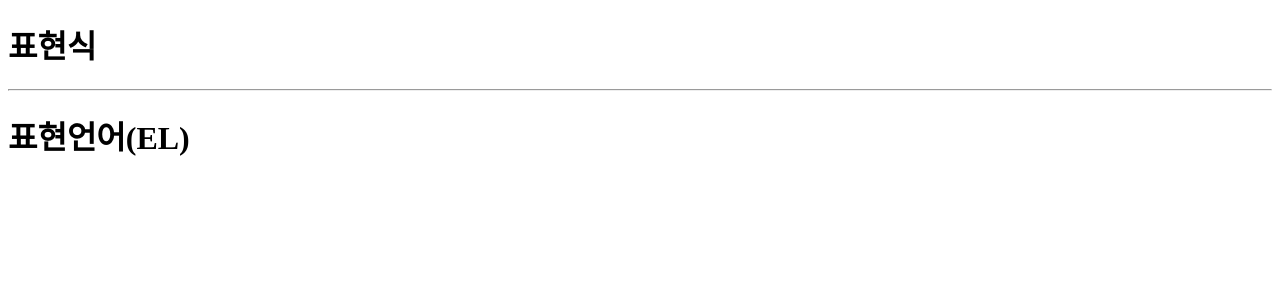
Repository: yeobleeme/06_jsp_basic
Page: http://localhost/jsp01_basic/jsp10_el/jsp01_use_el.jsp
The author's editor kept a copy of each file at every save. The page is drawn from the files as they stood at one save, then again after the next save.
The browser window is 1280 px wide. The pictures show the whole page.
The page is served by Tomcat 9. Other server files are loaded and not shown.

Above is the page before, as saved 2023-05-12 06:17:03.

### jsp01_basic/WebContent/jsp10_el/jsp01_use_el.jsp
<%@page language="java" contentType="text/html; charset=UTF-8" pageEncoding="UTF-8"%>
<!--
	EL: Expression Language, 표현언어

	표현언어는 다른 형태의 스크립트 언어로서 스크립트 요소 중 하나이다.
	표현언어는 표현식 보다 간결하고 코딩하기가 편하기 때문에 많이 사용한다.

	EL은 JSTL(JSP Standard Tag Library) 규약에 나오는 내용으로서 JSP2.0부터 EL이 JSTL에
	포함되었고, EL은 값을 표현하는데 사용하는 언어로 JSP의 스크립트 요소를 보완하는 역할을 한다.

	EL이 제공하는 기능

	1. JSP 4가지 기본객체(application, session, request, page)가 제공하는 영역의 속성
	2. 수치연산, 관계연산, 논리연산자를 제공
	3. Java클래스의 method 호출 가능
	4. cookie, 기본객체의 속성 등 JSP를 위한 표현언어의 기본객체를 제공
	5. 람다식을 사용한 함수의 정의와 실행(EL3.0)
	6. Stream API를 통한 컬렉션 처리(EL3.0)
	7. 정적메서드 실행가능(EL3.0)


	A. EL의 구성

	  EL은 '$ {expression}' 의 형태로 사용할 수 있다. EL은 JSP의 스크립트 요소(스크립트릿, 표현식, 선언부)를
	  제외한 나머지 부분에서 사용할 수 있다. JSP2.1버전 부터는 '$ {}' 형식과 '# {}' 형식의 구분을 지원하고 있는데
	  차이점은 EL의 값을 언제 생성하느냐에 차이가 있다. '$ {}' 는 구분을 분석할 때 바로 값을 계산하지만
	  '# {}' 는 실제로 값이 사용될 때 계산이 된다.


	B. EL의 데이터타입

	  1. boolean : 논리타입
	  2. 정수 : EL에서 사용되는 정수타입은 java.lang.long 타입이다.
	  3. 실수 : EL에서 사용되는 실수타입은 java.lang.double타입이다.
	  4. 문자열 : EL에서 문자열은 대부분 사용 가능하지만 작은/큰 따옴표, \문자들은 이스케이프문자로 사용
	  5. null : null;


	C. EL의 기본객체

	  1. pageContext : JSP의 page 내장객체와 동일
	  2. pageScope : pageContext객체에 저장된 속성으로 Map<속성, 값> 형태의 객체
	  3. requestScope : reuest객체에 저장된 속성으로 Map<속성, 값> 형태의 객체
	  4. sessionScope : session객체에 저장된 속성으로 Map<속성, 값> 형태의 객체
	  5. applicationScope : application객체에 저장된 속성으로 Map<속성, 값> 형태의 객체
	  6. param : request.getParameter()와 동일 기능, 요청 파라미터의 Map<속성, 값> 형태의 객체
	  7. paramVAlues : requestgetParameterValues()와 동일 기능, 요청 파라미터의 Map<속성, 값> 형태의 객체
	  8. header : request.getHeader()와 동일 기능, 요청 파라미터의 Map<속성, 값> 형태의 객체
	  9. headerValues : request.getHeaderValues()와 동일 기능, 요청 파라미터의 Map<속성, 값> 형태의 객체
	 10. cookie : Cookie<쿠키명, Cookie>의 Map객체, request.getCookies()메서드와 동일
	 11. initParam : 초기화파라미터 <이름, 값>의 Map객체, application.getInitParameter()메서드와 동일


	D. 객체의 사용

	  EL언어는 객체에 저장된 값에 접근할 때 "dot연산자(.)" or "대괄호[]"를 사용한다.
	  <표현>.<값> or <표현>[표현] 형식으로 접근하는데 접근과정은 다음과 같은 순서로 반환된다.

	  1. <표현>은 <값>의 형태로 반환
	  2. <값1>이 null일 경우 null값을 반환
	  3. <값>이 null이 아닐 경우 <표현2>의 <값2>를 반환
	  4. <값1>이 Map, List, Array일 경우
	     a. Map : <값1>.containsKey(<값2>)이 false라면 null값을, true라면 <값1>.get(<값2>)를 리턴
	     b. List, Array : <값2>가 정수값인지 여부를 검사(정수가 아니면 에러발생) 후 <값1>.<값2> 또는
	                      Arrays.get(<값1>, <값2>)의 결과를 리턴


	E. EL의 연산자

	  1. 수치연산자 : + - * / %
	                  Java와 차이점
	                  $ {"10" + 1} 의 결과는 11 (Java는 "101")
	                  $ {"10a" + 1} 의 결과는 에러 발생 (Java는 "10a1")
	                  $ {null + 1} 의 결과는 1 (Java는 에러발생)

	  2. 비교연산자 : == != < > <= >=
	  3. 논리연산자 : && || !
	  4. empty연산자 : empty<값>의 형태로 사용
	  5. 삼항연산자 : 수식 ? true : false
	  6. 세미콜론 : ;

	  	 $ {1+1; 10+10} 의 결과는 20 즉, $ {A; B} 의 결과는 최종 결과인 B만 출력
	  	 $ {var = 10} 의 결과는 10이 출력
-->
<!DOCTYPE html>
<%
	request.setAttribute("name", "홍길동");
%>

<h1>표현식</h1>

<hr />

<h1>표현언어(EL)</h1>

After the next save:
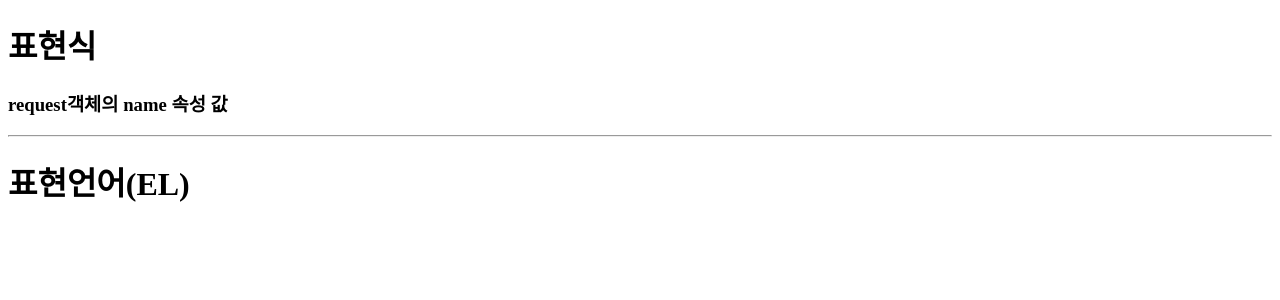
Saved 24 s later.
--- a/jsp01_basic/WebContent/jsp10_el/jsp01_use_el.jsp
+++ b/jsp01_basic/WebContent/jsp10_el/jsp01_use_el.jsp
@@ -88,6 +88,7 @@
 %>
 
 <h1>표현식</h1>
+<h3>request객체의 name 속성 값</h3>
 
 <hr />
 
